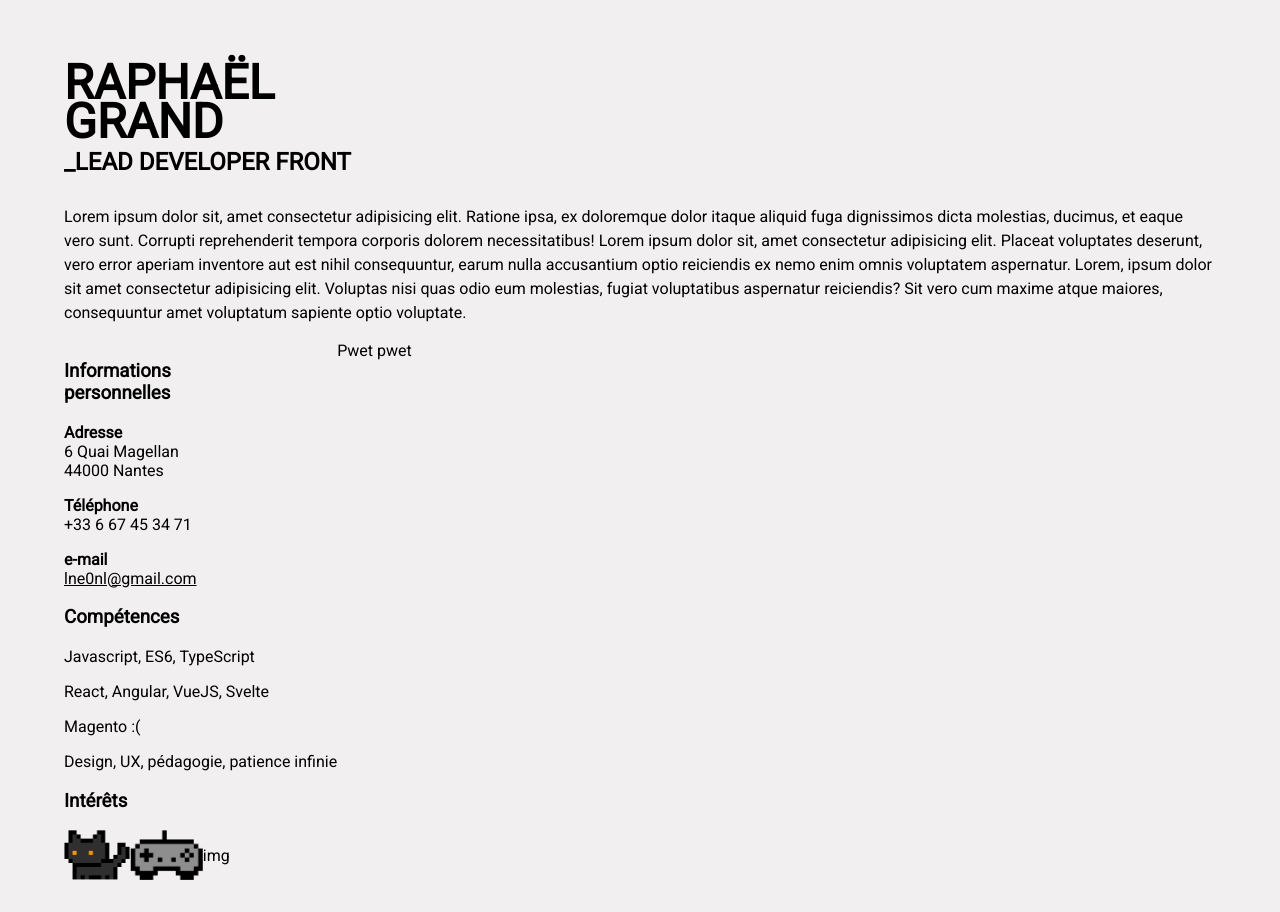
Repository: lne0nl/resume
Page: index.html
An editor plug-in stored every save of this project. The page is shown before and after the next save, followed by the edit.
The browser window is 1280 px wide. The pictures show the whole page.

Above is the page before, as saved 2021-12-10 10:50:46.

After the next save:
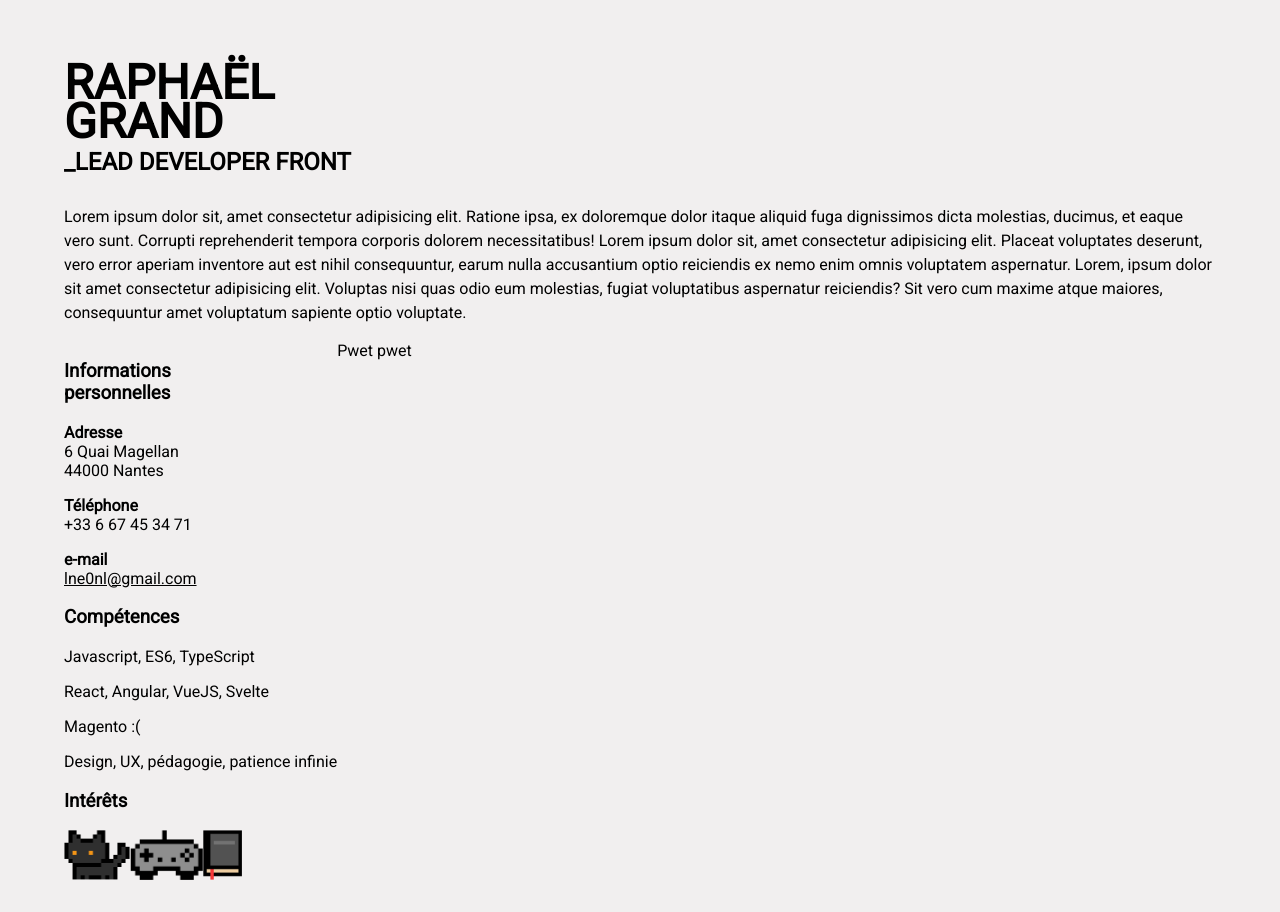
Saved 4 s later.
--- a/index.html
+++ b/index.html
@@ -64,7 +64,7 @@
           <div class="interests">
             <img src="images/cat.png" alt="animals" title="Animaux">
             <img src="images/pad.png" alt="video games" title="Jeux Vidéo">
-            img
+            <img src="images/book.png" alt="" srcset="">
           </div>
           <!-- <ul class="interests">
             <li title="Animaux"><img src="images/cat.png" alt="animals"></li>
